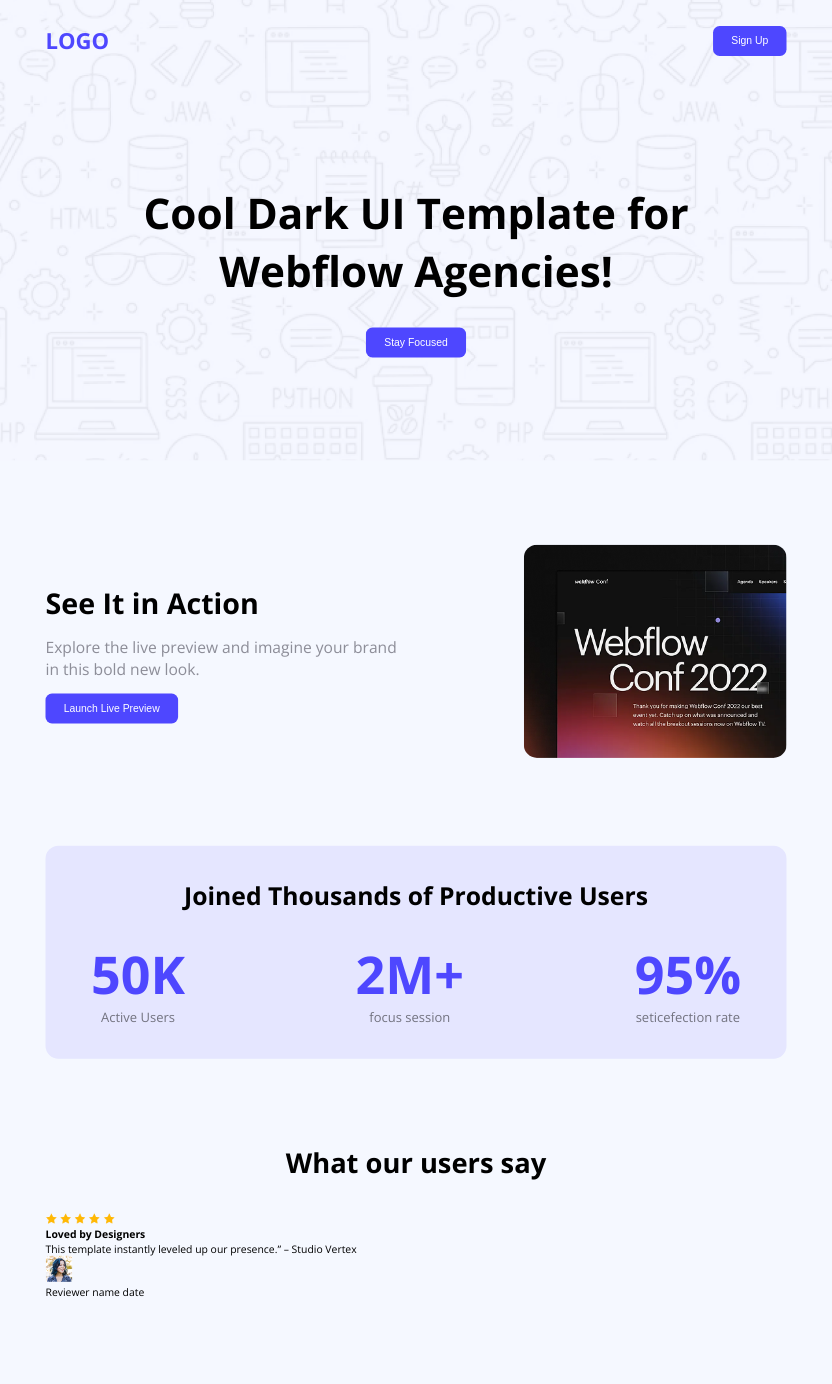
Repository: nahid-hasann/website-3
Page: index.html
The author's editor kept a copy of each file at every save. The page is drawn from the files as they stood at one save, then again after a run of saves.
The browser window is 1280 px wide. The pictures show the whole page, at 65% of full size.

Above is the page before, as saved 2025-07-10 20:50:48.

After the next 3 saves:
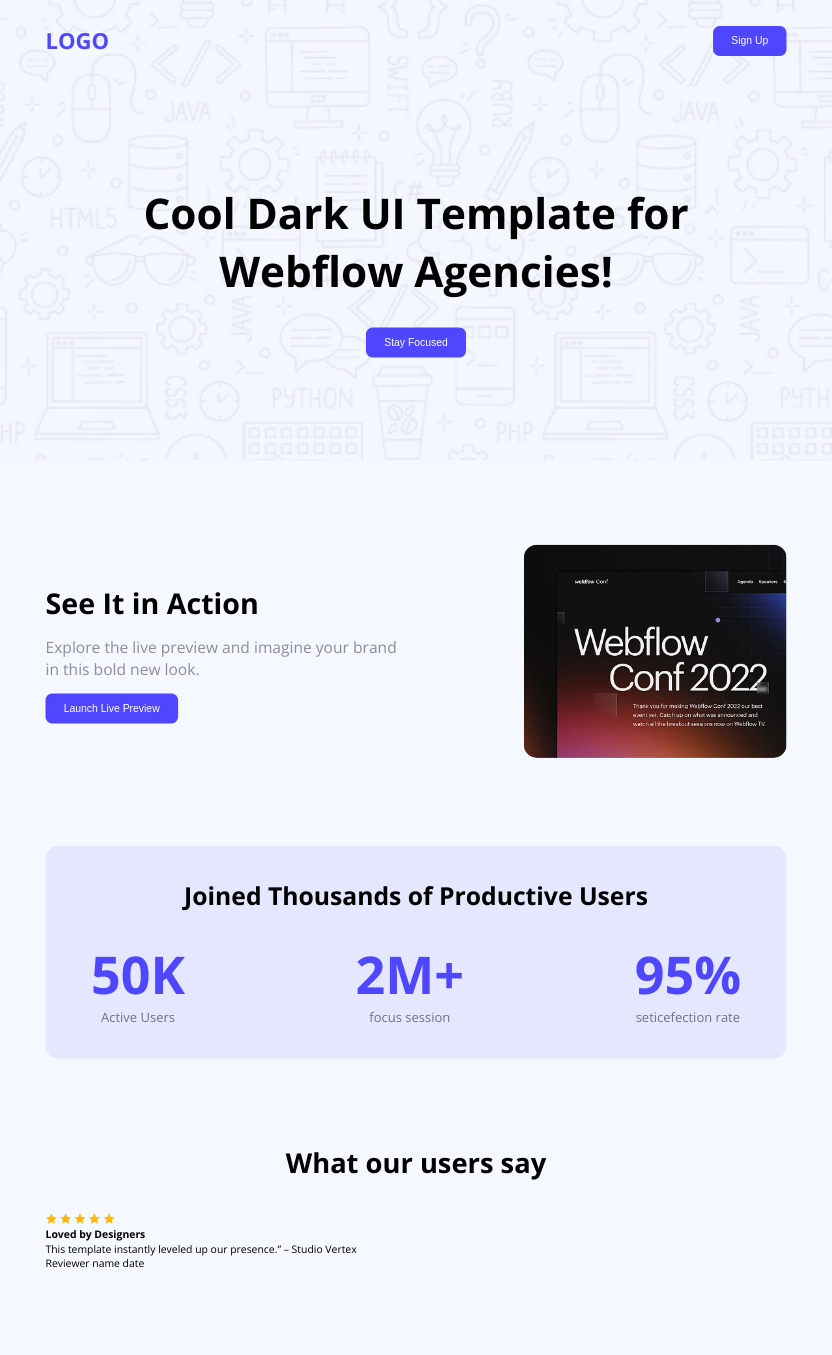
The 3 saves are shown as one change because they came seconds apart.
The last was saved 9 s later.
--- a/index.html
+++ b/index.html
@@ -88,7 +88,7 @@
         <p>This template instantly leveled up our presence.” – Studio Vertex</p>
 
         <div class="reviwer">
-            <img src="Assets/avatar.png" alt="">
+
             <div><p>Reviewer name </p>
             <p>date</p></div>
 
